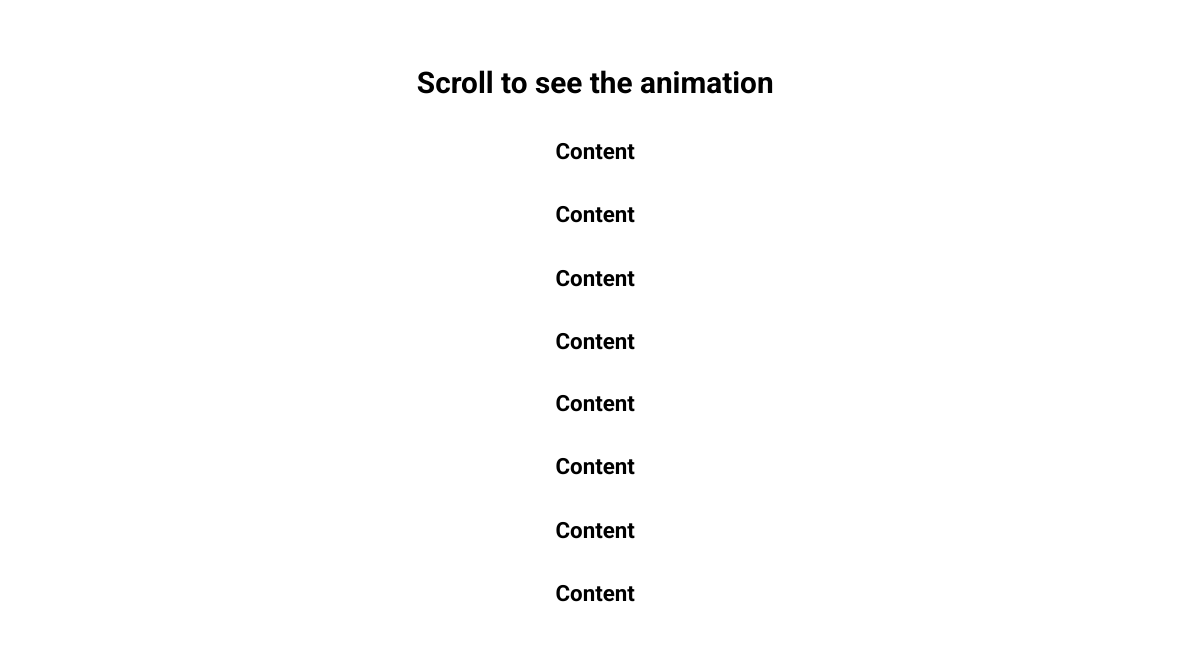
Repository: eagle-tex/50-projects-BT
Page: 06-scroll-animation/index.html
These files come from the project's save history. The page is drawn as it stood at one moment and after the next save; the edit follows.
The browser window is 1280 px wide. The pictures show the whole page, at 93% of full size.

Above is the page before, as saved 2021-01-06 23:38:18.

After the next save:
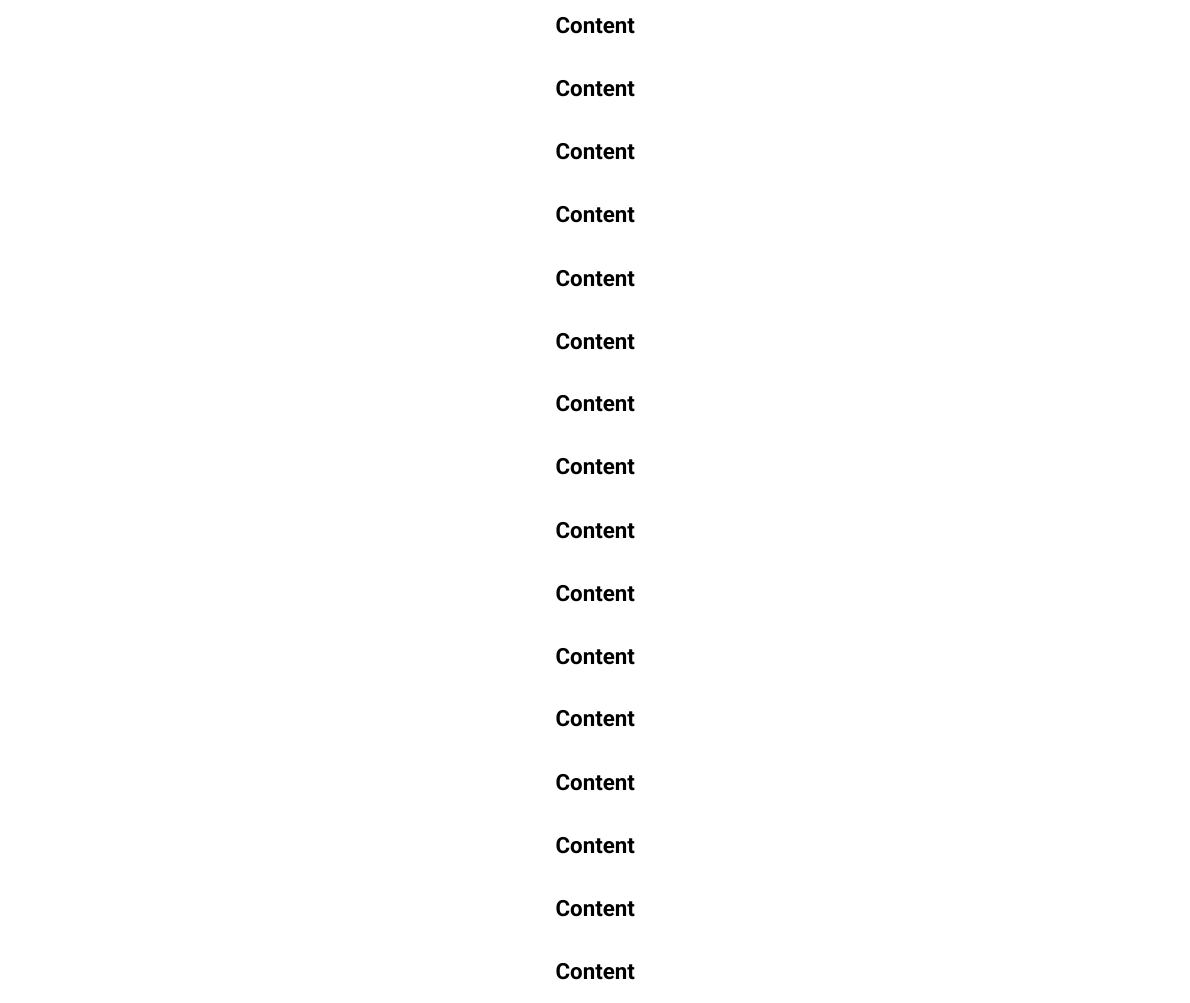
Saved 15 s later.
--- a/06-scroll-animation/index.html
+++ b/06-scroll-animation/index.html
@@ -34,6 +34,42 @@
   <div class="box">
     <h2>Content</h2>
   </div>
+  <div class="box">
+    <h2>Content</h2>
+  </div>
+  <div class="box">
+    <h2>Content</h2>
+  </div>
+  <div class="box">
+    <h2>Content</h2>
+  </div>
+  <div class="box">
+    <h2>Content</h2>
+  </div>
+  <div class="box">
+    <h2>Content</h2>
+  </div>
+  <div class="box">
+    <h2>Content</h2>
+  </div>
+  <div class="box">
+    <h2>Content</h2>
+  </div>
+  <div class="box">
+    <h2>Content</h2>
+  </div>
+  <div class="box">
+    <h2>Content</h2>
+  </div>
+  <div class="box">
+    <h2>Content</h2>
+  </div>
+  <div class="box">
+    <h2>Content</h2>
+  </div>
+  <div class="box">
+    <h2>Content</h2>
+  </div>
   <script src="script.js"></script>
 </body>
 
